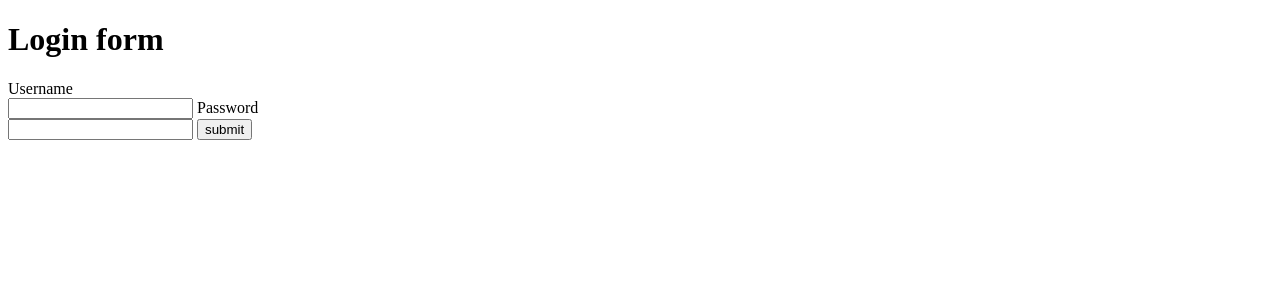
Repository: swapna2021/EmpSagilityRepo
Page: http://localhost/BootProject/login.jsp
These files come from the project's save history. The page is drawn as it stood at one moment and after the next save; the edit follows.
The browser window is 1280 px wide. The pictures show the whole page.
The page is served by Tomcat 10.

Above is the page before, as saved 2024-06-24 09:50:55.

After the next save:
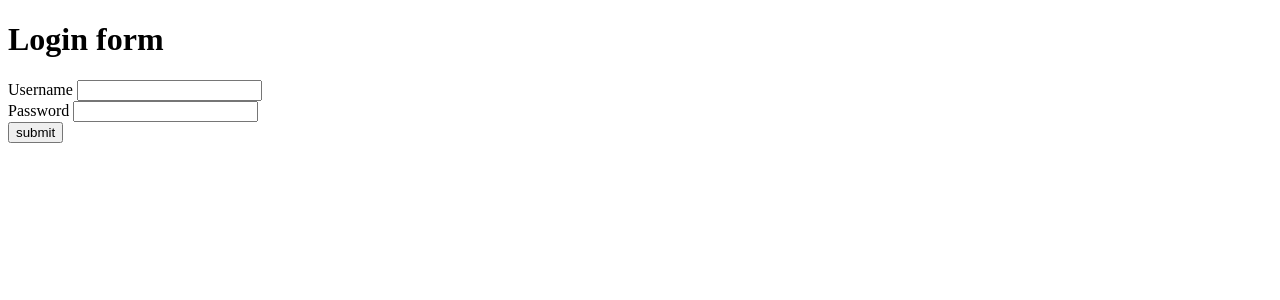
Saved 12 s later.
--- a/BootProject/src/main/webapp/login.jsp
+++ b/BootProject/src/main/webapp/login.jsp
@@ -12,10 +12,10 @@
 <body>
 	<h1>Login form</h1>
 	<form action="add" >
-	<label for="uname">Username</label><br>
-	<input type="text" name="uname">
-	<label for="pwd">Password</label><br>
-	<input type="password" name="pwd">
+	<label for="uname">Username</label>
+	<input type="text" name="uname"><br>
+	<label for="pwd">Password</label>
+	<input type="password" name="pwd"> <br>
 	<input type="submit" value="submit">
 	</form>
 </body>
